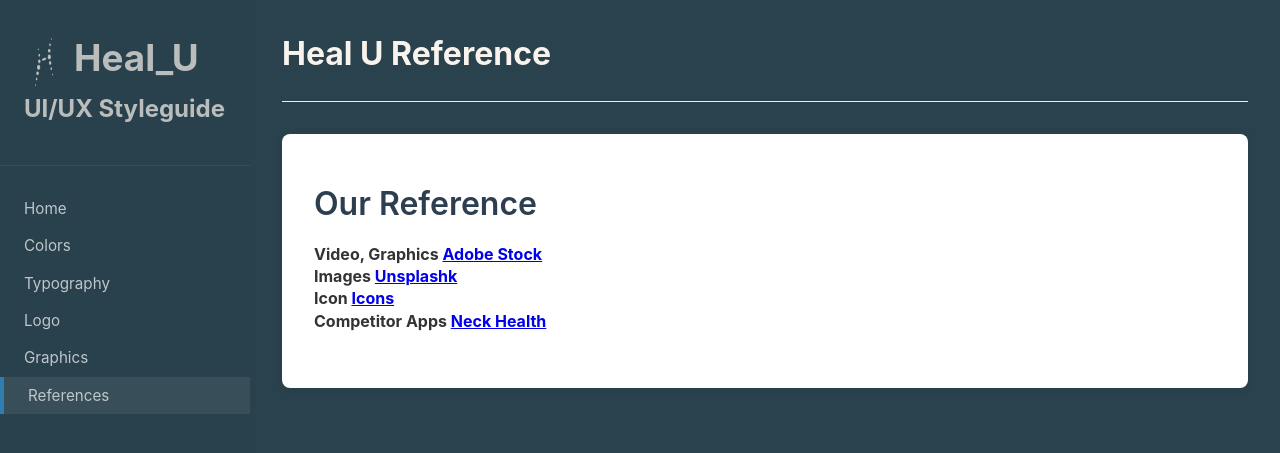
Repository: rosielee09/Heal_U
Page: references.html
An editor plug-in stored every save of this project. The page is shown before and after the next save, followed by the edit.
The browser window is 1280 px wide. The pictures show the whole page.

Above is the page before, as saved 2025-04-06 12:59:06.

### references.html
<!DOCTYPE html>
<html lang="en">
<head>
    <meta charset="UTF-8">
    <meta name="viewport" content="width=device-width, initial-scale=1.0">
    <link rel="apple-touch-icon" sizes="180x180" href="/apple-touch-icon.png">
    <link rel="icon" type="image/png" sizes="32x32" href="/favicon-32x32.png">
    <link rel="icon" type="image/png" sizes="16x16" href="/favicon-16x16.png">
    <link rel="manifest" href="/site.webmanifest">
    <link rel="stylesheet" href="styles.css">
    <title>Heal_U Styleguide</title>
</head>
<body>
    <div class="container">
        <!-- Sidebar Navigation -->
        <div class="sidebar">
            <div class="sidebar-header">
                <div class="logo">
                    <img src="./img/logo/Logo - Heal U_sq_logo_light.png" alt="logo" width="40px" >
                    <p>Heal_U</p>
                </div>
                <h1>UI/UX Styleguide</h1>

            </div>
            <ul class="nav">
                <li><a href="index.html">Home</a></li>
                <li><a href="colors.html">Colors</a></li>
                <li><a href="typography.html">Typography</a></li>
                <li><a href="logo.html">Logo</a></li>
                <li><a href="graphics.html">Graphics</a></li>
                <li class="active"><a href="references.html">References</a></li>
            </ul>
        </div>

        <!-- Main Content  -->
        <div class="content">
            <header class="page-header">
                <h2>Heal U Reference</h2>
            </header>

            <div class="component">
                <div class="component-header">
                    <h3 class="component-title">Our Reference</h3>
                    <h4 class="reference--list">Video, Graphics
                        <a href="https://stock.adobe.com/ca/" class="reference-link">Adobe Stock</a></h4>
                    <h4 class="reference--list">Images
                            <a href="https://unsplash.com/ko" class="reference-link">Unsplashk</a></h4>
                    <h4 class="reference--list">Icon
                        <a href="https://icons8.com/" class="reference-link">Icons</a></h4>
                    <h4 class="reference--list">Competitor Apps
                            <a href="https://play.google.com/store/apps/details?id=melstudio.mneck&hl=en&pli=1" class="reference-link">Neck Health</a></h4>
                </div>
                <div class="component-content">
                </div>
            </div>
</body>
<script src="script.js"></script>
</html>

### styles.css
* {
    margin: 0;
    padding: 0;
    box-sizing: border-box;
}

body {
    font-family: 'Inter', -apple-system, BlinkMacSystemFont, 'Segoe UI', Roboto, Oxygen, Ubuntu, Cantarell, sans-serif;
    line-height: 1.4;
    color: #333;
    background: #29424D;

    margin: 0;
    padding: 0;
    width: 100vw;
    height: 100vh;
}

hr {
    padding: 1rem;
    border: 0.4px solid white;
}

video {
    border-radius: 53px;
    padding: 0 10px;
}


/* Layout */
.container {
    display: flex;
    min-height: 100vh;
}

/* Sidebar Navigation */
.sidebar {
    width: 250px;
    background-color: #29424D;
    color: #F8F3EC;
    padding: 2rem 0;
    position: fixed;
    height: 100vh;
    overflow-y: hidden;
    opacity: 0.7;
}


.sidebar-header {
    padding: 0 1.5rem 2rem;
    border-bottom: 1px solid rgba(255, 255, 255, 0.1);
}

.sidebar-header h1 {
    font-size: 1.5rem;
    font-weight: 700;
    margin-bottom: 0.5rem;
}

.sidebar-header p {
    font-size: 0.875rem;
    opacity: 1;
}

.nav {
    list-style: none;
    padding: 1.5rem 0;
}

.nav li {
    padding: 0.5rem 1.5rem;
}

.nav li.active {
    background-color: rgba(255, 255, 255, 0.1);
    border-left: 4px solid #3498db;
}

.nav a {
    color: #fff;
    text-decoration: none;
    display: block;
    font-size: 0.95rem;
    transition: all 0.2s;
}

.nav a:hover {
    opacity: 1;
}

/* Logo in Navbar */
/* Logo styling */
.logo {
    display: flex;
    align-items: left;
    gap: 10px;  /* Space between logo image and text */
    /* padding: 0 1.5rem;  Match your sidebar padding */
}


.logo p {
    color: #F8F3EC;  /* Match your sidebar text color */
    font-weight: 700;
    font-size: 2.3rem;
    margin: 0;  /* Remove default paragraph margin */
    margin-bottom: 0.5rem;
}

/* Home page animation */
.body-homepage{
    overflow: hidden;
    position: relative;
    display: flex;
    align-items: center;
}
.animation--title {
    text-align: right;
    display: flex;
    flex-direction: column;
    justify-content: flex-end;
    margin-left: 50rem; /* Push to the right side */
    margin-right: 5%; /* Keep some space from the edge */
    width: 50%;
  }

  .animation--title-head {

    color: #F8F3EC;
    font-size: 8rem;
    line-height: 1.2;
    font-weight: bold;
    letter-spacing: 2px;
    font-family: 'Roboto', sans-serif;
    text-transform: uppercase;

  }

  .animation--title-subhead {
    color: #F8F3EC;
    font-size: 1.7rem;
    line-height: 1.5;
    font-family: 'Roboto', sans-serif;
    font-style: italic;
    margin-top: 2rem;
    margin-bottom: 2rem;
  }

  .animation--title-member {
    color: #F8F3EC;
    font-size: 1.4rem;
    line-height: 1.4;
    font-family: 'Roboto', sans-serif;

  }



  .blob {
    position: absolute;
    top: 0;
    left: 0;
    fill: #CFC4F4;
    width: 50vmax;
    z-index: -1;
    animation: move 10s ease-in-out infinite;
    transform-origin: 50% 50%;
  }

  @keyframes move {
    0%   { transform: scale(1)   translate(10px, -30px); }
    38%  { transform: scale(0.8, 1) translate(80vw, 30vh) rotate(160deg); }
    40%  { transform: scale(0.8, 1) translate(80vw, 30vh) rotate(160deg); }
    78%  { transform: scale(1.3) translate(0vw, 50vh) rotate(-20deg); }
    80%  { transform: scale(1.3) translate(0vw, 50vh) rotate(-20deg); }
    100% { transform: scale(1)   translate(10px, -30px); }
  }




/* Main Content */
.content {
    flex: 1;
    padding: 2rem;
    margin-left: 250px;
    max-width: calc(100% - 250px);
}

.page-header {
    margin-bottom: 2rem;
    padding-bottom: 1rem;
    border-bottom: 1px solid #eee;
}

.page-header h2 {
    font-size: 2rem;
    font-weight: 700;
    color: #F8F3EC;
    margin-bottom: 0.5rem;
}

.page-header p {
    color: #F8F3EC;
    font-size: 1.1rem;
}

/* Components Common Styles */
.component {
    background-color: #fff;
    border-radius: 8px;
    box-shadow: 0 2px 10px rgba(0, 0, 0, 0.05);
    padding: 2rem;
    padding-top: 1rem;
    margin-bottom: 2rem;
}

.component-section{
    margin-top: 3rem;
}

.component-header {
    margin-top: 1.5rem;
    margin-bottom: 1.5rem;
}

.component-title {
    font-size: 2rem;
    font-weight: 600;
    margin-top: 2rem;
    margin-bottom: 1rem;
    color: #2c3e50;
}

.component-description {
    color: #7f8c8d;
    padding-bottom: 1rem;
}


    /* Color Styles */
.color-grid {
    display: grid;
    grid-template-columns: repeat(auto-fill, minmax(300px, 1fr));
    gap: 1.5rem;
}

.color-grid__onlycolor {
    display: grid;
    grid-template-columns: repeat(auto-fill, minmax(300px, 2fr));
    gap: 1.5rem;
    align-items: start;
}


.color-grid__example {
    display: grid;
    grid-template-columns: repeat(auto-fill, minmax(400px, 2fr));
    gap: 1.5rem;
    align-items: start;
}

.color-grid__Accessiblilliy {
    display: grid;
    grid-template-columns: repeat(auto-fit, minmax(clamp(300px, 50%, 400px), 1fr));
    gap: 1.5rem;
}

.color-grid__expressive {
    display: grid;
    grid-template-columns: repeat(auto-fill, minmax(400px, 1fr));
    gap: 1.5rem;
    align-items: start;
}


.color-item {
    border-radius: 6px;
    overflow: hidden;
    box-shadow: 0 2px 5px rgba(0, 0, 0, 0.1);
}

.color-preview {
    height: 120px;
}

.color-info {
    padding: 1rem;
    background-color: #fff;
}

.color-name {
    font-weight: 600;
    margin-bottom: 0.25rem;
}

.color-value {
    font-family: monospace;
    color: #7f8c8d;
    font-size: 0.85rem;
}

.color__primary--preview{
    background-color: #29424D;
}

.color__secondary--preview{
    background-color: #CFC4F4;
}

.color__tertiary--preview {
    background-color: #F8F3EC;
}

.color__accent--preview{
    background-color: #CDF06B;
}

.color__success--preview{
    background-color: #138636;
}

.color__error--preview{
    background-color: #C32D2D;
}

.color__warning--preview{
    background-color: #FFBD11;
}

.color__info--preview{
    background-color: #4976BA;
}

.color__background--preview{
    background-color: #fff;
}

.color__text--preview{
    background-color: #2E2E30;
}

.color-accessiblillity-img {
    width: 100%;
    height: 70%;
}

.color-example-img{
    align-items: center;
}

.color-bold-title{
    font-weight: bold;
  }

.color-explain{
    padding:5px;
    margin-left: 20px;
    margin-top: 5px;
}

/* Graphics */
.graphic-grid {
    display: grid;
    grid-template-columns: repeat(auto-fill, minmax(300px, 2fr));
    gap: 1.5rem;

}

/* section__icons */
.graphic-grid__icons{
    display: grid;
    grid-template-columns: repeat(5, 1fr);
    gap: 1.5rem;
}

.graphic-item{
   justify-items: center;

}


.graphic-menu__icon{
    padding: 8px;
    border: 0.4px solid lightgrey;
    border-radius: 8px;
}

.graphic-title{
    margin-top: 2rem;
    margin-bottom: 1rem;
}

.graphic-title-desc{
    margin-bottom: 1rem;
}

.graphic-item-grid1{
    margin-top: 3rem;
}


/* section illustrations */
.graphic-grid-illustrations,
.graphic-grid-images{
    display: grid;
    grid-template-columns: repeat(3, 1fr);
    gap: 1.5rem;
}
.graphic-item-illustrations,
.graphic-illustrations{
    max-width: 200px;
    max-height: 200px;
}
.graphic-icons{
    padding: 10px;
    border-radius: 16px;
}

/* Typography */

/* Import Roboto font with multiple weights */
@import url('https://fonts.googleapis.com/css2?family=Roboto:wght@400;500;700&display=swap');

.component-title-typography{
    color: #F8F3EC;
}

/* Table styling */
table {
  width: 100%;
  border-collapse: collapse;
  font-family: 'Roboto', sans-serif;
  margin: 2rem 0;
}

th {
  background-color: #f8f9fa;
  color: #212529;
  padding: 12px 16px;
  text-align: left;
  font-weight: 500;
  border-bottom: 2px solid #dee2e6;

}

td {
  padding: 16px;
  border-bottom: 1px solid #e9ecef;
  vertical-align: top;
}

/* Remove default list styling */
td li {
  list-style: none;
  margin: 4px 0;
  padding-left: 0;
}



.content-image {
  margin: auto;
  display: block;
  padding: 1rem;
}

.center {
  text-align: center;
}



.typography-item {
    margin-bottom: 2rem;
}


.heading1 {
  font-family: 'Roboto', sans-serif;
  font-size: 40px;
  line-height: 48px;
  font-weight: 700;
  color: #212529;

}

.heading2 {
  font-family: 'Roboto', sans-serif;
  font-size: 32px;
  line-height: 40px;
  font-weight: 700;
  color: #212529;
}

.section-header {
  font-family: 'Roboto', sans-serif;
  font-size: 24px;
  line-height: 32px;
  font-weight: 700;
  color: #212529;
}

.sub-header {
  font-family: 'Roboto', sans-serif;
  font-size: 20px;
  line-height: 28px;
  font-weight: 700;
  color: #212529;
}

.body-bold {
  font-family: 'Roboto', sans-serif;
  font-size: 16px;
  line-height: 24px;
  font-weight: 700;
  color: #212529;
}


.body {
  font-family: 'Roboto', sans-serif;
  font-size: 16px;
  line-height: 24px;
  font-weight: 400;
  color: #212529;
}

.small {
  font-family: 'Roboto', sans-serif;
  font-size: 14px;
  line-height: 20px;
  font-weight: 400;
  color: #212529;
}

.small-italic {
  font-family: 'Roboto', sans-serif;
  font-style: italic;
  font-size: 14px;
  line-height: 20px;
  font-weight: 400;
  color: #212529;
}

.tiny-bold {
  font-family: 'Roboto', sans-serif;
  font-size: 12px;
  line-height: 18px;
  font-weight: 700;
  color: #212529;
}

.tiny {
  font-family: 'Roboto', sans-serif;
  font-size: 12px;
  line-height: 18px;
  font-weight: 400;
  color: #212529;
}

.mini {
  font-family: 'Roboto', sans-serif;
  font-size: 8px;
  line-height: 12px;
  font-weight: 400;
  color: #212529;
  letter-spacing: 0.5px;
}

/* Add zebra striping for better readability */
tbody tr:nth-child(odd) {
  background-color: #f8f9fa;
}

.typography-why{
    font-size: 16px;
}

th:nth-child(2), td:nth-child(2) {
    width: 20%; /* Adjust this value as needed */
  }

th:nth-child(3), td:nth-child(3) {
    width: 35%; /* Adjust this value as needed */
  }

  td:nth-child(3) li {
    list-style-type: disc; /* This will add bullet points */

  }

Loaded but not shown: script.js (no stored copy; drawn as an empty file)

After the next save:
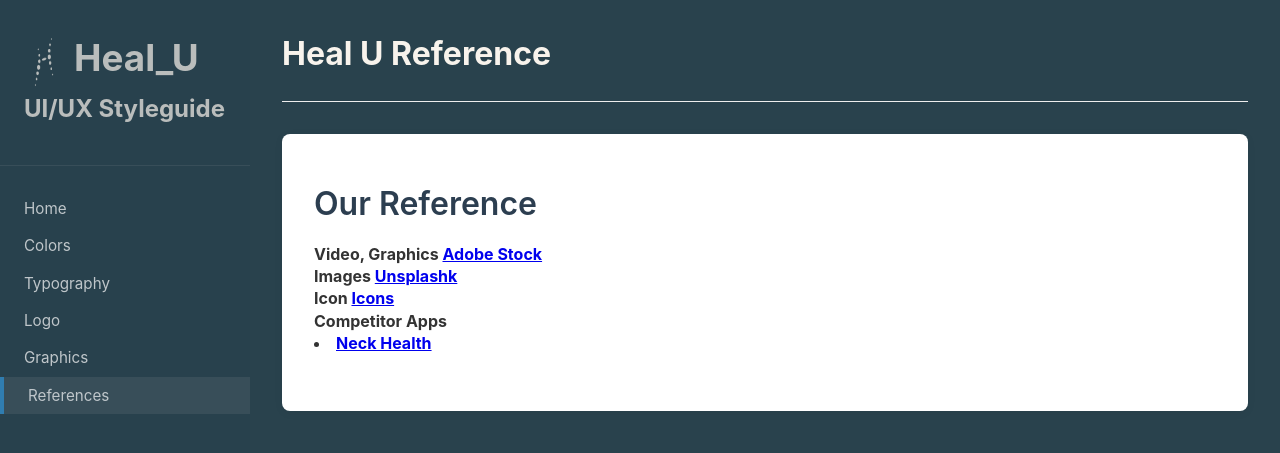
Saved 26 s later.
--- a/references.html
+++ b/references.html
@@ -48,7 +48,7 @@
                     <h4 class="reference--list">Icon
                         <a href="https://icons8.com/" class="reference-link">Icons</a></h4>
                     <h4 class="reference--list">Competitor Apps
-                            <a href="https://play.google.com/store/apps/details?id=melstudio.mneck&hl=en&pli=1" class="reference-link">Neck Health</a></h4>
+                         <li> <a href="https://play.google.com/store/apps/details?id=melstudio.mneck&hl=en&pli=1" class="reference-link">Neck Health</a></h4></li>
                 </div>
                 <div class="component-content">
                 </div>
